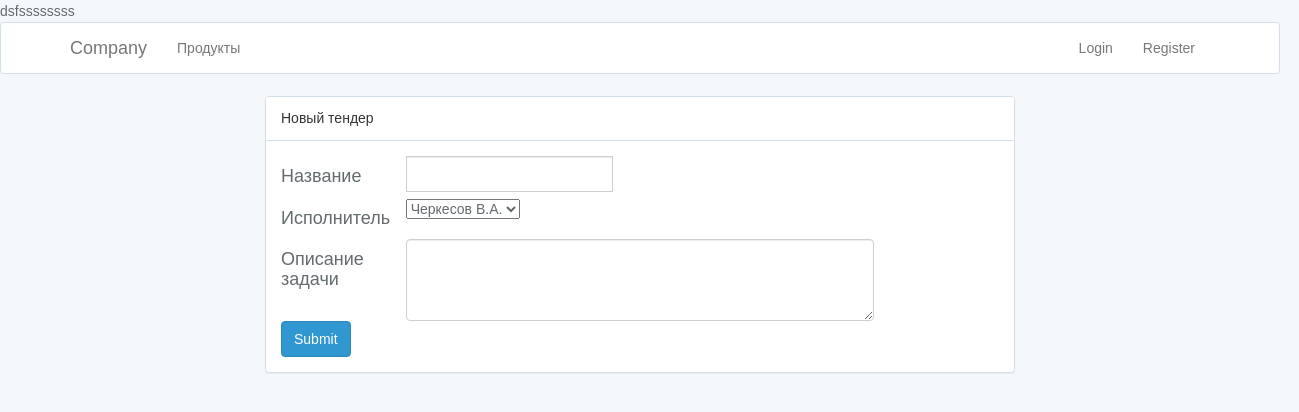
Repository: blackjack043/laravel-crud
Page: http://localhost/page2
An editor plug-in stored every save of this project. The page is shown before and after the next save, followed by the edit.
The browser window is 1280 px wide. The page is 1280 px wide, then 1299 px, so the pictures cover 1299 px, including what lies to the right of the window. The pictures show the whole page.
Some web fonts or font styles are not loaded; a fallback is used. The page is served by the project's Laravel application, run on PHP 8.4 with Laravel 8. Other server files are loaded and not shown.

Above is the page before, as saved 2022-03-06 21:10:20.

### routes/web.php
<?php

/*
|--------------------------------------------------------------------------
| Web Routes
|--------------------------------------------------------------------------
|
| Here is where you can register web routes for your application. These
| routes are loaded by the RouteServiceProvider within a group which
| contains the "web" middleware group. Now create something great!
|
*/
use Illuminate\Http\Request;
use App\Contact12;


Route::get('/', function () {
    return view('welcome');
});

Route::get('/page2', function () {
    return view('page2');
});



Route::post('/profile', 'ContactController@submit');

Auth::routes();

Route::get('/home', 'HomeController@index');

Auth::routes();

Route::get('/home', 'HomeController@index');

### resources/views/page2.blade.php
@extends('layouts.app2')

@section('content')
<div class="container">
    <div class="row">
        <div class="col-md-8 col-md-offset-2">
            <div class="panel panel-default">
                <div class="panel-heading">Новый тендер</div>
                <div class="panel-body">


        @if($errors->any())
            <div style=>
            @foreach ($errors->all() as $error)
            <div >
                {{$error}}
            </div>
            @endforeach
            </div>
         @endif
<form  method="POST" action="/profile">
{{ csrf_field() }}

                <div class="row" >
  <div class="col-md-2" ><h4>Название</h4></div>
  <div class="col-md-10">
<div class="input-group" >
<input type="text" name="label" class="form-control"  aria-describedby="sizing-addon2">
                </div></div>
</div>

<div class="row">
  <div class="col-md-2"><h4>Исполнитель</h4></div>
  <div class="col-md-10">
    <select name="ispolnitel">
    <option value="cherkesov">Черкесов В.А.</option>
    <option value="matancev">Матанцев Е.Р.</option>
    </select>
</div>
</div>

<div class="row">
  <div class="col-md-2"><h4>Описание задачи</h4></div>
  <div class="col-md-8">
		<textarea name="text" class="form-control" rows="3"></textarea>
</div>



</div>
<input type="submit" class="btn btn-primary">
</form>






                </div>
            </div>
        </div>
    </div>
</div>
@endsection

### resources/views/layouts/app2.blade.php
<!DOCTYPE html>
<html lang="en">
<head>
    <meta charset="utf-8">
    <meta http-equiv="X-UA-Compatible" content="IE=edge">
    <meta name="viewport" content="width=device-width, initial-scale=1">

    <!-- CSRF Token -->
    <meta name="csrf-token" content="{{ csrf_token() }}">

    <title>{{ config('app.name', 'Laravel') }}</title>

    <!-- Styles -->
    <link href="/css/app.css" rel="stylesheet">

    <!-- Scripts -->
    <script>
        window.Laravel = <?php echo json_encode([
            'csrfToken' => csrf_token(),
        ]); ?>
    </script>
</head>
<body>
    <div id="app" >
        <div style="" >dsfssssssss</div>
        <div style="display:inline; width:100%; float:right">
        <nav class="navbar navbar-default">
            <div class="container">
                <div class="navbar-header">

                    <!-- Collapsed Hamburger -->
                    <button type="button " class="navbar-toggle collapsed" data-toggle="collapse" data-target="#app-navbar-collapse">
                        <span class="sr-only">Toggle Navigation</span>
                        <span class="icon-bar"></span>
                        <span class="icon-bar"></span>
                        <span class="icon-bar"></span>
                    </button>

                    <!-- Branding Image -->
                    <a class="navbar-brand" href="{{ url('/') }}">
                      Company
                    </a>
                </div>

                <div class="collapse navbar-collapse" id="app-navbar-collapse">
                    <!-- Left Side Of Navbar -->
                    <ul class="nav navbar-nav">
                        &nbsp;
                        <li ><a href="#">Продукты</a></li>
                    </ul>

                    <!-- Right Side Of Navbar -->
                    <ul class="nav navbar-nav navbar-right">
                        <!-- Authentication Links -->
                        @if (Auth::guest())
                            <li><a href="{{ url('/login') }}">Login</a></li>
                            <li><a href="{{ url('/register') }}">Register</a></li>
                        @else
                            <li class="dropdown">
                                <a href="#" class="dropdown-toggle" data-toggle="dropdown" role="button" aria-expanded="false">
                                    {{ Auth::user()->name }} <span class="caret"></span>
                                </a>

                                <ul class="dropdown-menu" role="menu">
                                    <li>
                                        <a href="{{ url('/logout') }}"
                                            onclick="event.preventDefault();
                                                     document.getElementById('logout-form').submit();">
                                            Logout
                                        </a>

                                        <form id="logout-form" action="{{ url('/logout') }}" method="POST" style="display: none;">
                                            {{ csrf_field() }}
                                        </form>
                                    </li>
                                </ul>
                            </li>
                        @endif
                    </ul>
                </div>
            </div>
        </nav>

        @yield('content')
    </div>
    </div>
    <!-- Scripts -->
    <script src="/js/app.js"></script>
</body>
</html>

Loaded but not shown: app/Http/Controllers/Auth/LoginController.php (common file); app/Http/Controllers/Controller.php (common file); public/css/app.css (library); public/js/app.js (library)

After the next save:
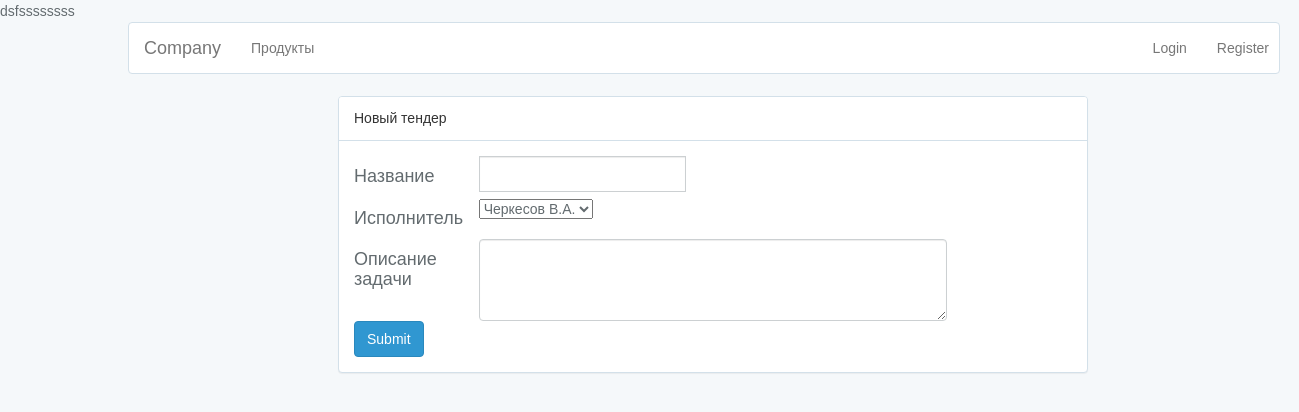
Saved 14 s later.
--- a/resources/views/layouts/app2.blade.php
+++ b/resources/views/layouts/app2.blade.php
@@ -23,7 +23,7 @@
 <body>
     <div id="app" >
         <div style="" >dsfssssssss</div>
-        <div style="display:inline; width:100%; float:right">
+        <div style="display:inline; width:90%; float:right">
         <nav class="navbar navbar-default">
             <div class="container">
                 <div class="navbar-header">
